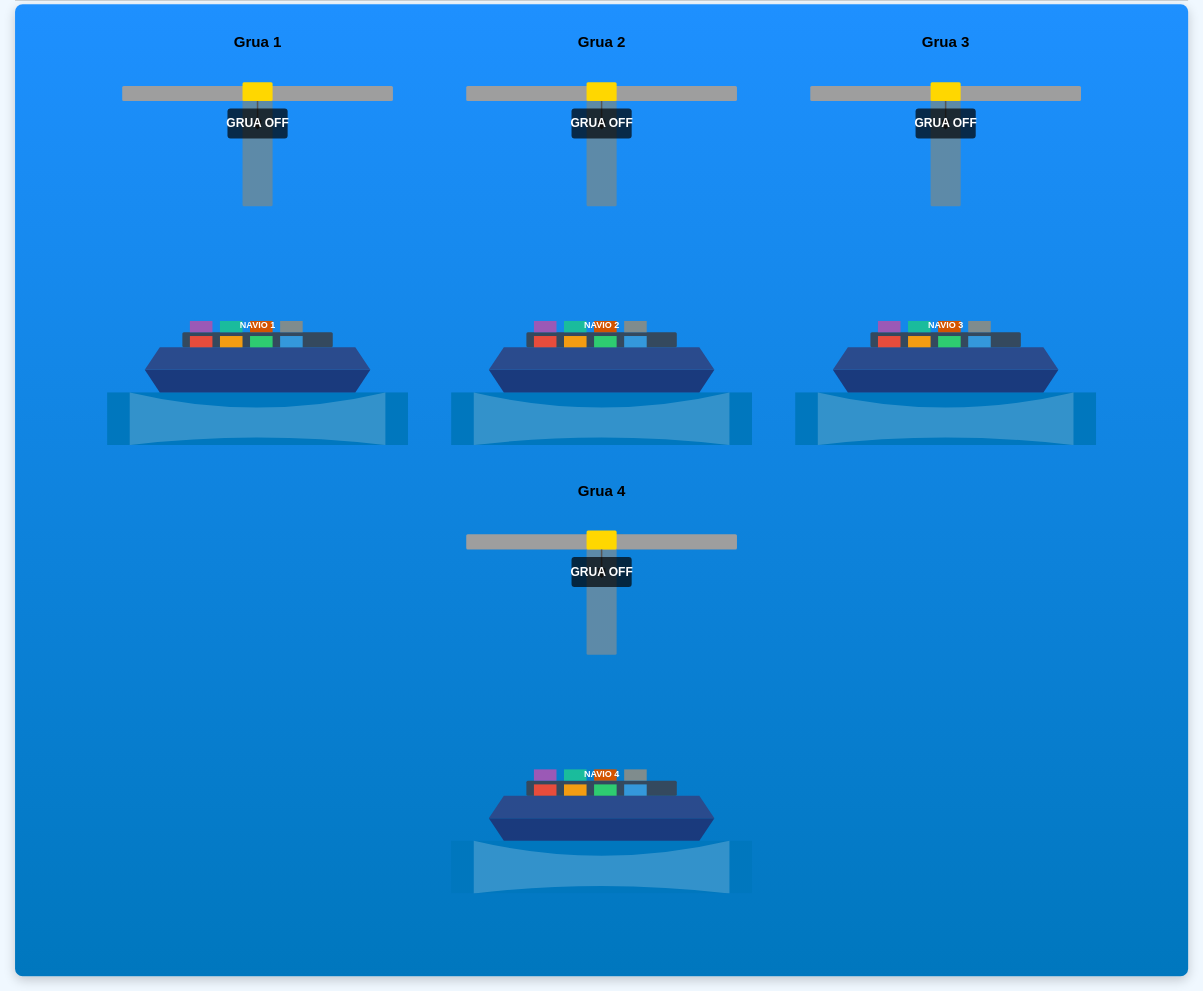
Repository: kaquepa/Grafana-Porto-v1.0
Page: frontend/templates/index.html
These files come from the project's save history. The page is drawn as it stood at one moment and after the next save; the edit follows.
The browser window is 1280 px wide. The pictures show the part of the page from y = 376 to 1430 px (the page is 1430 px tall before and 720 px after), at 94% of full size.
The page's requests for data from a server got no answer.

Above is the page before, as saved 2025-09-23 21:29:08.

### frontend/templates/index.html
<!DOCTYPE html>
<html lang="pt-BR">
<head>
  <meta charset="UTF-8">
  <meta name="viewport" content="width=device-width, initial-scale=1.0">
  <title>Simulador Portuário</title>
  <link rel="stylesheet" href="/static/style.css">
</head>
<body>
  <!-- Dashboard Grafana em cima -->
  <iframe
    src="http://localhost:3000/d/Porto?orgId=1&refresh=10s&theme=dark&kiosk"
    class="grafana-iframe"
    style="height: 50vh; width: 100%; border: none;">
  </iframe>

  <!-- Simulador Portuário abaixo -->
  <div class="porto-container" id="porto">
    <div class="water-effect"></div>
    <div class="wave"></div>
  </div>

  <script src="/static/script.js"></script>
</body>
</html>

### frontend/static/style.css
/* ======================
   RESET E CONFIGURAÇÕES GLOBAIS
   ====================== */
body {
  font-family: Arial, sans-serif;
  margin: 0;
  padding: 1rem;
  background: #f0f8ff;
  min-height: 100vh;
  box-sizing: border-box;
}

*, *::before, *::after {
  box-sizing: border-box;
}

h1 {
  text-align: center;
  color: #2c3e50;
  margin-bottom: 2rem;
  font-size: clamp(1.5rem, 4vw, 2.5rem); /* Responsivo */
}

/* ======================
   CONTAINER PRINCIPAL
   ====================== */
.main-container {
  width: 95%;
  max-width: 1200px;
  margin: 0 auto; /* centraliza tudo */
  display: flex;
  flex-direction: column;
  gap: 2rem;
}

/* ======================
   DASHBOARD GRAFANA
   ====================== */
.dashboard-container {
  width: 100%;
  height: 60vh;
  min-height: 400px;
  border: 2px solid #2c3e50;
  border-radius: 8px;
  overflow: hidden;
  box-shadow: 0 6px 20px rgba(0, 0, 0, 0.25);
  background: white;
}

.grafana-iframe {
  width: 100%;
  height: 100%;
  border: none;
}

/* ======================
   CONTAINER DO PORTO
   ====================== */
.porto-container {
  width: 100%;
  display: flex;
  flex-wrap: wrap;
  overflow-x: auto;
  padding: 2rem 1rem 4rem;
  gap: 1rem;
  justify-content: center;
  align-items: flex-end;
  min-height: 40vh;
  background: linear-gradient(to bottom, #1e90ff, #0077be);
  border-radius: 8px;
  box-shadow: 0 4px 12px rgba(0,0,0,0.2);
  position: relative;
}

.navio-container {
  position: relative;
  margin: 0;
  flex-shrink: 0;
  z-index: 2;
  opacity: 1;
  transition: opacity 0.6s ease-in-out;
  min-width: 100px;
}

.navio-container.oculto {
  opacity: 0;
  pointer-events: none;
}

.controls {
  text-align: center;
  margin-bottom: 15px;
  background: rgba(255,255,255,0.9);
  padding: 8px 12px;
  border-radius: 20px;
  box-shadow: 0 2px 8px rgba(0,0,0,0.15);
  border: 1px solid #ddd;
  max-width: 300px;
  margin: 0 auto 15px;
}

label {
  font-size: clamp(0.8rem, 2vw, 1rem);
  display: flex;
  align-items: center;
  justify-content: center;
  gap: 8px;
  color: #2c3e50;
  font-weight: bold;
}

input[type="checkbox"] {
  cursor: pointer;
  transform: scale(1.2);
}

/* ======================
   EFEITO ÁGUA E ONDA
   ====================== */
.water-effect {
  position: absolute;
  bottom: 0;
  width: 100%;
  height: 60px;
  background: linear-gradient(to bottom, transparent, rgba(255,255,255,0.3)),
              repeating-linear-gradient(to bottom, transparent, transparent 10px, rgba(255,255,255,0.4) 10px, rgba(255,255,255,0.4) 20px);
  z-index: 1;
}

.wave {
  position: absolute;
  bottom: 0;
  width: 100%;
  height: 20px;
  background: url('data:[embedded picture, 963 characters]');
  background-size: 1200px 100px;
  animation: wave 12s linear infinite;
  z-index: 1;
}

@keyframes wave {
  0% { background-position-x: 0; }
  100% { background-position-x: 1200px; }
}

/* ======================
   MEDIA QUERIES
   ====================== */

/* Tablets paisagem */
@media (max-width: 1024px) {
  .dashboard-container { height: 55vh; min-height: 350px; }
  .porto-container { padding: 1.5rem 0.5rem 3rem; min-height: 35vh; gap: 0.8rem; }
  h1 { margin-bottom: 1.5rem; }
}

/* Tablets retrato */
@media (max-width: 768px) {
  body { padding: 0.5rem; }
  .dashboard-container { height: 45vh; min-height: 300px; width: 98%; }
  .porto-container { padding: 1rem 0.3rem 2.5rem; min-height: 30vh; margin: 0.5rem; border-radius: 6px; gap: 0.5rem; }
  .controls { padding: 6px 10px; margin-bottom: 10px; }
  .water-effect { height: 40px; }
  .wave { height: 15px; }
}

/* Smartphones */
@media (max-width: 480px) {
  body { padding: 0.3rem; }
  h1 { margin-bottom: 1rem; }
  .dashboard-container { height: 40vh; min-height: 250px; width: 100%; border-radius: 6px; }
  .porto-container { padding: 0.8rem 0.2rem 2rem; min-height: 25vh; margin: 0.3rem; flex-direction: column; align-items: center; }
  .controls { padding: 4px 8px; margin-bottom: 8px; max-width: 250px; }
  .water-effect { height: 30px; }
  .wave { height: 12px; }
}

/* Smartphones muito pequenos */
@media (max-width: 320px) {
  .dashboard-container { height: 35vh; min-height: 200px; }
  .porto-container { min-height: 20vh; padding: 0.5rem 0.1rem 1.5rem; }
  .tab-button { padding: 0.7rem; font-size: 0.8rem; }
}

### frontend/static/script.js
document.addEventListener('DOMContentLoaded', () => {
  // =============================
  // Funções de dimensões responsivas
  // =============================
  function getResponsiveDimensions() {
    const screenWidth = window.innerWidth;
    if (screenWidth <= 320) return { width: 180, height: 120, scale: 0.6 };
    if (screenWidth <= 480) return { width: 220, height: 140, scale: 0.7 };
    if (screenWidth <= 768) return { width: 280, height: 160, scale: 0.8 };
    if (screenWidth <= 1024) return { width: 320, height: 180, scale: 0.9 };
    return { width: 350, height: 200, scale: 1.0 };
  }

  // =============================
  // SVG do navio
  // =============================
  const navioSvg = (index) => {
    const { width, height, scale } = getResponsiveDimensions();
    return `
      <svg width="${width}" height="${height}" viewBox="0 0 400 250" xmlns="http://www.w3.org/2000/svg" style="max-width:100%; height:auto;">
        <rect x="0" y="180" width="400" height="70" fill="#0077be" />
        <path d="M30,180 Q200,220 370,180 L370,250 Q200,230 30,250 Z" fill="rgba(255,255,255,0.2)" />
        <path d="M50,150 L350,150 L330,180 L70,180 Z" fill="#1a3a7d" />
        <path d="M70,120 L330,120 L350,150 L50,150 Z" fill="#2a4b8d" />
        <rect x="100" y="100" width="200" height="20" fill="#34495e" rx="2" />
        <g id="navioContainers${index}">
          <rect x="110" y="105" width="30" height="15" fill="#e74c3c" />
          <rect x="150" y="105" width="30" height="15" fill="#f39c12" />
          <rect x="190" y="105" width="30" height="15" fill="#2ecc71" />
          <rect x="230" y="105" width="30" height="15" fill="#3498db" />
          <rect x="110" y="85" width="30" height="15" fill="#9b59b6" />
          <rect x="150" y="85" width="30" height="15" fill="#1abc9c" />
          <rect x="190" y="85" width="30" height="15" fill="#d35400" />
          <rect x="230" y="85" width="30" height="15" fill="#7f8c8d" />
        </g>
        <text x="200" y="95" text-anchor="middle" font-size="${Math.max(10,12*scale)}" fill="white" font-weight="bold">NAVIO ${index+1}</text>
      </svg>
    `;
  };

  // =============================
  // Template da grua
  // =============================
  const gruaTemplate = (index) => {
    const { width, height, scale } = getResponsiveDimensions();
    return `
      <div class="grua-container" style="position:relative; margin-bottom: 10px;">
        <svg width="${width}" height="${height}" viewBox="0 0 400 250" xmlns="http://www.w3.org/2000/svg" style="max-width:100%; height:auto;">
          <!-- Estrutura da grua -->
          <rect x="180" y="50" width="40" height="150" fill="#5D8AA8" rx="2" />
          <rect x="170" y="40" width="60" height="10" fill="#4A708B" rx="2" />
          <rect id="braco${index}" x="20" y="40" width="360" height="20" fill="#6E7B8B" rx="2" />

          <!-- Carrinho da grua -->
          <g id="carrinho${index}" transform="translate(180,0)">
            <rect x="0" y="35" width="40" height="25" fill="#FFD700" rx="2" />
            <!-- Cabo da grua -->
            <line id="cabo${index}" x1="20" y1="60" x2="20" y2="85" stroke="#555" stroke-width="2" />
            <!-- Gancho da grua -->
            <g id="gancho${index}" transform="translate(20,85)">
              <path d="M-5,0 L5,0 L5,8 L0,13 L-5,8 Z" fill="#333" />
            </g>
          </g>

          <!-- Container que será movido -->
          <g id="containerMovel${index}" style="display:none;">
            <rect x="-20" y="13" width="40" height="25" fill="#FFA500" stroke="#333" stroke-width="1" rx="2" />
          </g>

          <!-- Estado OFF -->
          <g id="offState${index}" style="display:none;">
            <rect x="160" y="70" width="80" height="40" fill="rgba(0,0,0,0.7)" rx="4" />
            <text x="200" y="95" text-anchor="middle" font-size="${Math.max(12,16*scale)}" fill="white" font-weight="bold">GRUA OFF</text>
          </g>
        </svg>
      </div>
    `;
  };

  // =============================
  // Função para animar a grua
  // =============================
  // =============================
// Função para animar a grua
// =============================
function criarGrua(index) {
    const isMobile = window.innerWidth <= 768;
    const velocidadeVertical = isMobile ? 0.6 : 0.6;
    const velocidadeHorizontal = isMobile ? 0.6 : 0.6;
    const tempoPausa = isMobile ? 2000 : 2000;
    const tempoPausa_pegando = isMobile ? 50 : 50;

    const navioContainers = document.getElementById(`navioContainers${index}`);
    const containerMovel = document.getElementById(`containerMovel${index}`);
    const braco = document.getElementById(`braco${index}`);
    const carrinho = document.getElementById(`carrinho${index}`);
    const cabo = document.getElementById(`cabo${index}`);
    const gancho = document.getElementById(`gancho${index}`);
    const offState = document.getElementById(`offState${index}`);

    let containerIndex = 0;
    let carrinhoX = 180;
    let comprimentoCabo = 85;
    let state = 'descendo';
    let animationId = null;
    let working = false;

    // Controle de tempo para velocidade consistente
    let ultimoTempo = 0;
    const fps = 60; // Frames por segundo
    const intervaloFrame = 1000 / fps;

    function animate(tempoAtual) {
        if (!working) return;

        // Controla a velocidade baseada no tempo
        const deltaTempo = tempoAtual - ultimoTempo;
        if (deltaTempo < intervaloFrame) {
            animationId = requestAnimationFrame(animate);
            return;
        }
        ultimoTempo = tempoAtual;

        switch(state) {
            case 'descendo':
                comprimentoCabo += velocidadeVertical;
                if (comprimentoCabo >= 120) {
                    comprimentoCabo = 120;
                    state = 'pegando';
                    setTimeout(() => {
                        containerMovel.style.display = 'inline';
                        const rectMovel = containerMovel.querySelector('rect');
                        const navioRect = navioContainers.children[containerIndex];

                        if (rectMovel && navioRect) {
                            rectMovel.setAttribute('fill', navioRect.getAttribute('fill'));
                            navioRect.style.opacity = '0.3';
                        }
                        state = 'subindo';
                    }, tempoPausa_pegando);
                }
                break;

            case 'subindo':
                comprimentoCabo -= velocidadeVertical;
                if (comprimentoCabo <= 40) {
                    comprimentoCabo = 40;
                    state = 'movendo';
                }
                break;

            case 'movendo':
                carrinhoX += velocidadeHorizontal;
                if (carrinhoX >= 300) {
                    carrinhoX = 300;
                    state = 'depositando';
                    setTimeout(() => {
                        containerMovel.style.display = 'none';
                        const navioRect = navioContainers.children[containerIndex];
                        if (navioRect) {
                            navioRect.style.display = 'none';
                        }

                        containerIndex++;

                        if (containerIndex >= navioContainers.children.length) {
                            containerIndex = 0;
                            for (let c of navioContainers.children) {
                                c.style.display = 'inline';
                                c.style.opacity = '1';
                            }
                        }

                        carrinhoX = 180;
                        comprimentoCabo = 85; // Corrigido: estava 500
                        state = 'descendo';
                    }, tempoPausa);
                }
                break;
        }

        carrinho.setAttribute('transform', `translate(${carrinhoX},0)`);
        cabo.setAttribute('y2', comprimentoCabo);
        gancho.setAttribute('transform', `translate(20,${comprimentoCabo})`);
        containerMovel.setAttribute('transform', `translate(${carrinhoX + 20},${comprimentoCabo + 13})`);

        animationId = requestAnimationFrame(animate);
    }

    function atualizar(on) {
        working = on;
        if (on) {
            braco.setAttribute("fill", "#6E7B8B");
            offState.style.display = 'none';
            if (state === 'descendo') {
                carrinhoX = 180;
                comprimentoCabo = 85;
                containerMovel.style.display = 'none';
            }
            ultimoTempo = performance.now(); // Reinicia o controle de tempo
            animate(ultimoTempo);
        } else {
            braco.setAttribute("fill", "#9E9E9E");
            containerMovel.style.display = 'none';
            offState.style.display = 'inline';
            if (animationId) {
                cancelAnimationFrame(animationId);
                animationId = null;
            }
        }
    }

    return atualizar;
}


  // =============================
  // Inicializar porto
  // =============================
  const porto = document.getElementById("porto");
  if (!porto) {
    console.error('Elemento #porto não encontrado');
    return;
  }

  const screenWidth = window.innerWidth;
  const totalNavios = screenWidth <= 480 ? 1 : screenWidth <= 768 ? 2 : screenWidth <= 1024 ? 3 : 4;

  const gruas = [];

  // Limpa o porto antes de adicionar novos elementos
  porto.innerHTML = '';

  for (let i = 0; i < totalNavios; i++) {
    const div = document.createElement("div");
    div.className = "navio-container";
    div.id = `navioContainer${i}`;
    div.style.position = 'relative';
    div.style.marginBottom = '20px';
    div.innerHTML = gruaTemplate(i) + navioSvg(i);

    div.innerHTML = `
    <div class="grua-titulo" style="text-align:center; font-weight:bold; margin-bottom:5px;">
      Grua ${i + 1}
    </div>
    ${gruaTemplate(i)}
    ${navioSvg(i)}
  `;
    porto.appendChild(div);
    gruas.push(criarGrua(i));

    // Inicialmente desliga todas as gruas
    gruas[i](false);
  }

  // =============================
  // Atualizar estado do cais via API
  // =============================
  async function atualizarEstadoCais() {
    try {
      const res = await fetch('/api/v1/estado-cais');

      if (!res.ok) {
        throw new Error(`Erro HTTP: ${res.status}`);
      }

      const cais = await res.json();
      console.log('Dados recebidos da API:', cais);

      // Ordena os cais por berth_id para garantir a correspondência correta
      const caisOrdenados = cais.sort((a, b) => a.berth_id - b.berth_id);

      caisOrdenados.forEach((caisItem, index) => {
        // Verifica se existe uma grua para este índice
        if (index < gruas.length) {
          const containerDiv = document.getElementById(`navioContainer${index}`);
          if (!containerDiv) return;

          const ocupado = caisItem.ocupado;

          if (ocupado) {
            containerDiv.style.display = 'block';
            containerDiv.classList.remove('oculto');
            gruas[index](true);
            console.log(`Grua ${index} (Berth ${caisItem.berth_id}): LIGADA - Ocupado`);
          } else {
            containerDiv.classList.add('oculto');
            setTimeout(() => {
              containerDiv.style.display = 'none';
            }, 600);
            gruas[index](false);
            console.log(`Grua ${index} (Berth ${caisItem.berth_id}): DESLIGADA - Livre`);
          }
        }
      });

    } catch (error) {
      console.error('Erro ao atualizar estado do cais:', error);

      // Em caso de erro, mantém o estado atual sem alterações
      console.log('Mantendo estado atual das gruas devido ao erro na API');
    }
  }

  // =============================
  // Inicialização
  // =============================
  console.log('Inicializando sistema de gruas no frontend...');
  console.log(`Número de gruas criadas: ${gruas.length}`);

  // Atualiza imediatamente e depois a cada 5 segundos
  atualizarEstadoCais();
  const intervalo = setInterval(atualizarEstadoCais, 5000);

  // =============================
  // Gerenciamento de redimensionamento
  // =============================
  let resizeTimeout;
  window.addEventListener('resize', () => {
    clearTimeout(resizeTimeout);
    clearInterval(intervalo); // Limpa o intervalo antigo
    resizeTimeout = setTimeout(() => {
      console.log('Redimensionamento detectado, recarregando...');
      window.location.reload();
    }, 500);
  });

  // =============================
  // Limpeza ao sair da página
  // =============================
  window.addEventListener('beforeunload', () => {
    clearInterval(intervalo);
    clearTimeout(resizeTimeout);
    gruas.forEach(grua => grua(false));
  });
});

After the next save:
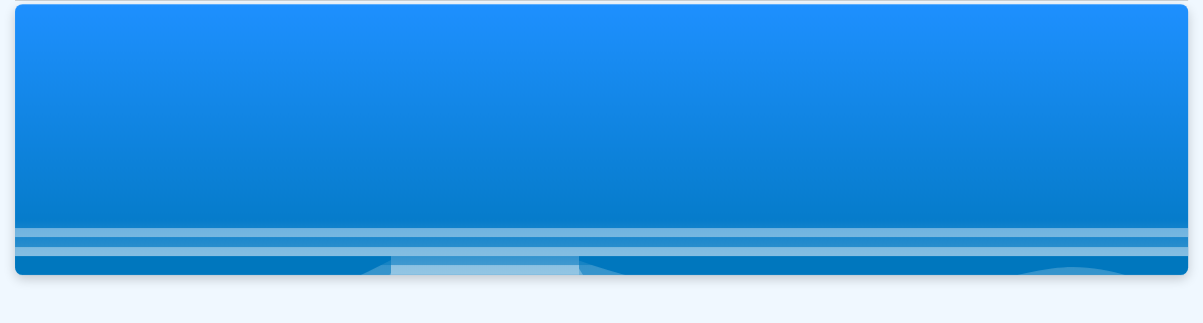
Console error: SyntaxError: Unexpected token '<'
Saved 5 s later.
--- a/frontend/static/script.js
+++ b/frontend/static/script.js
@@ -239,7 +239,7 @@
     div.style.marginBottom = '20px';
     div.innerHTML = gruaTemplate(i) + navioSvg(i);
 
-    div.innerHTML = `
+    // div.innerHTML = `
     <div class="grua-titulo" style="text-align:center; font-weight:bold; margin-bottom:5px;">
       Grua ${i + 1}
     </div>

After the 4 saves that followed:
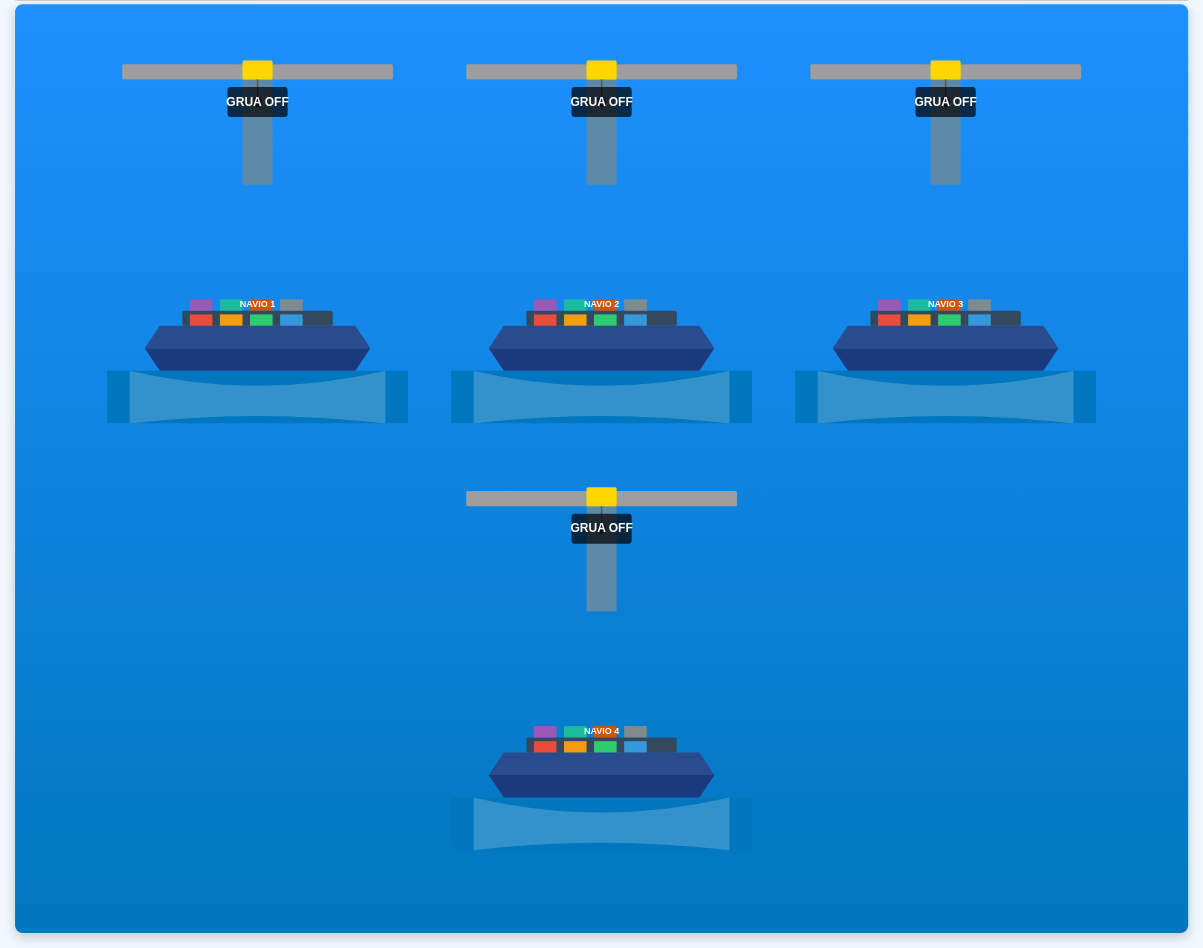
The error is gone.
The 4 saves are shown as one change because 2 left the picture as it was and some came seconds apart.
The last was saved 38 s later.
--- a/frontend/static/script.js
+++ b/frontend/static/script.js
@@ -238,14 +238,6 @@
     div.style.position = 'relative';
     div.style.marginBottom = '20px';
     div.innerHTML = gruaTemplate(i) + navioSvg(i);
-
-    // div.innerHTML = `
-    <div class="grua-titulo" style="text-align:center; font-weight:bold; margin-bottom:5px;">
-      Grua ${i + 1}
-    </div>
-    ${gruaTemplate(i)}
-    ${navioSvg(i)}
-  `;
     porto.appendChild(div);
     gruas.push(criarGrua(i));
 
